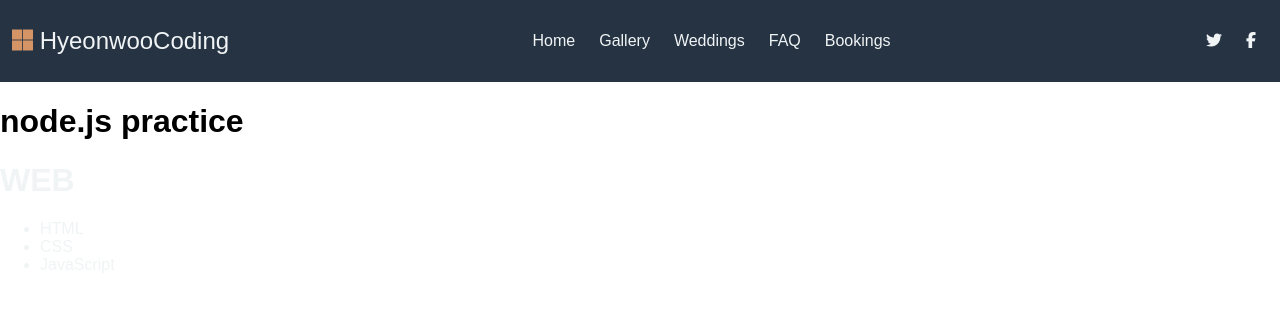
Repository: hhw12409/pracite-node.js
Page: http://localhost/
These files come from the project's save history. The page is drawn as it stood at one moment and after the next save; the edit follows.
The browser window is 1280 px wide. The pictures show the whole page.
Some web fonts or font styles are not loaded; a fallback is used. Some web libraries are served in a nearby version. The page is served by the project's Node server (server.js).

Above is the page before, as saved 2022-04-30 09:46:38.
Not found: main.js

After the next save:
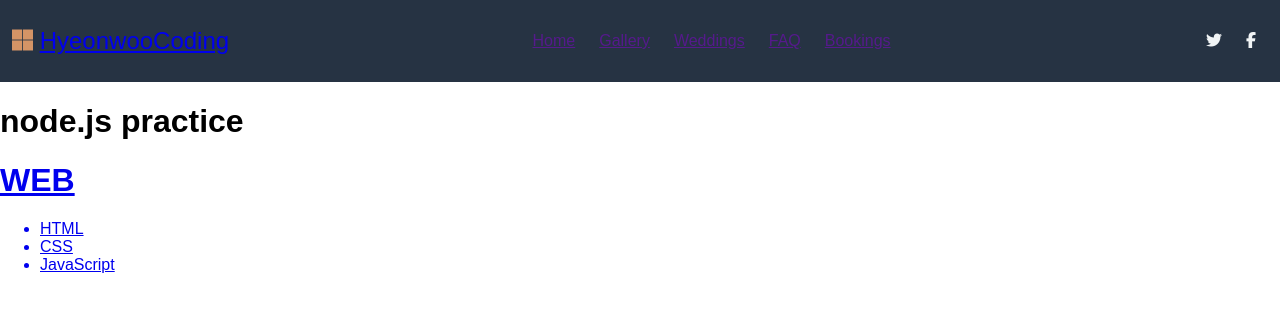
Saved 44 s later.
--- a/public/css/styles.css
+++ b/public/css/styles.css
@@ -9,8 +9,3 @@ body{
   margin: 0;
   font-family: 'Source Sans Pro', sans-serif;
 }
-
-a {
-  text-decoration: none;
-  color:var(--text-color);
-}
